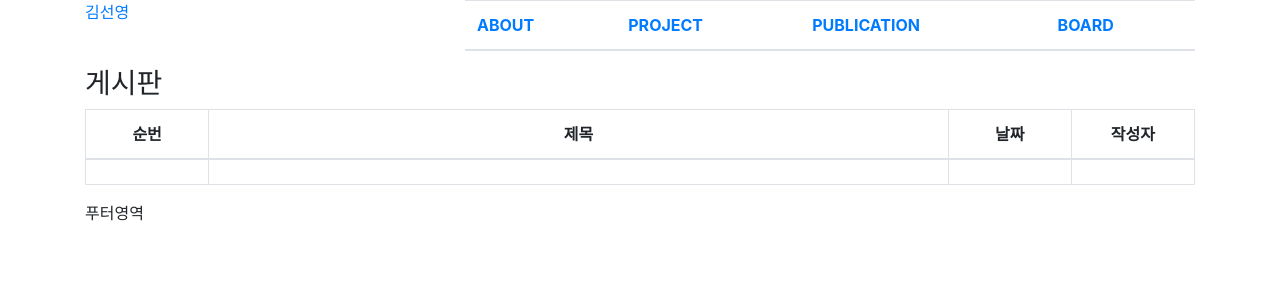
Repository: supremest35/web-projects
Page: http://localhost/noticeboard/board/list.jsp?pno=1
An editor plug-in stored every save of this project. The page is shown before and after the next save, followed by the edit.
The browser window is 1280 px wide. The pictures show the whole page.
The page is served by Tomcat 9.

Above is the page before, as saved 2020-12-06 03:42:21.

After the next save:
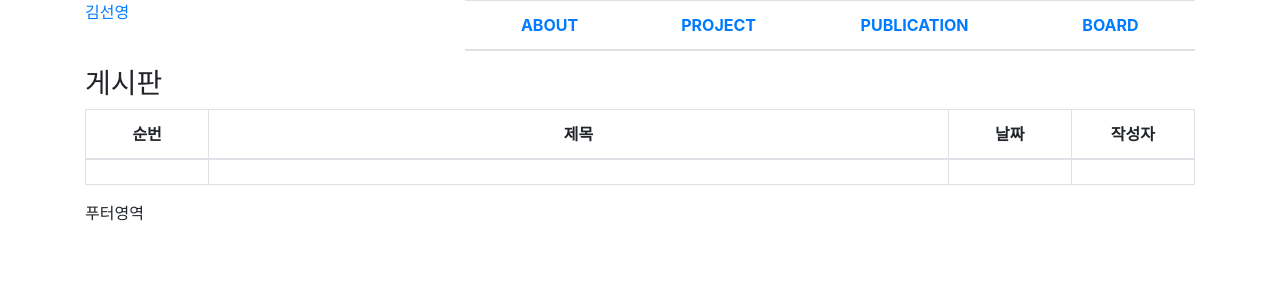
Saved 72 s later.
--- a/noticeboard/WebContent/board/list.jsp
+++ b/noticeboard/WebContent/board/list.jsp
@@ -11,7 +11,10 @@
   <script src="https://cdnjs.cloudflare.com/ajax/libs/popper.js/1.16.0/umd/popper.min.js"></script>
   <script src="https://maxcdn.bootstrapcdn.com/bootstrap/4.5.2/js/bootstrap.min.js"></script>
   <style>
-
+  	table th, table td {
+  		width:100px;
+  		text-align: center;
+  	}
   </style>
 </head>
 <body>
@@ -38,7 +41,7 @@
 			<table class="table table-bordered table-hover">
 				<thead>
 					<tr>
-						<th style="width:100px; text-align: center;">순번</th>
+						<th >순번</th>
 						<th style="width:600px; text-align: center;">제목</th>
 						<th style="width:100px; text-align: center;">날짜</th>
 						<th style="width:100px; text-align: center;">작성자</th>
